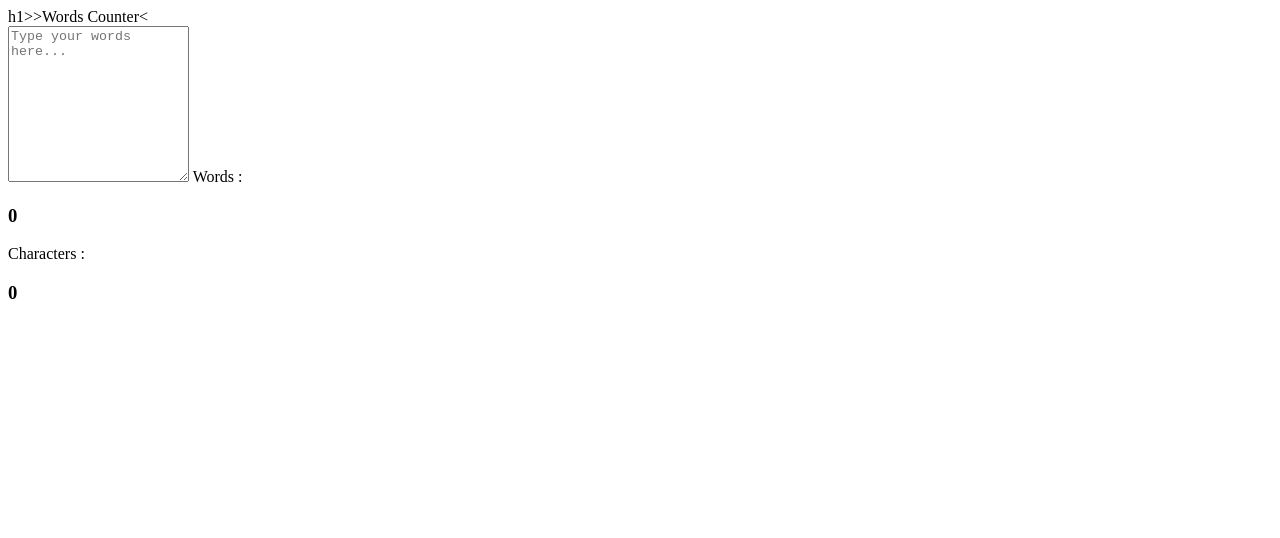
Repository: acciojob/gre-essay-tool-vandanayadav15
Page: main.html
The author's editor kept a copy of each file at every save. The page is drawn from the files as they stood at one save, then again after the next save.
The browser window is 1280 px wide. The pictures show the whole page.

Above is the page before, as saved 2023-01-20 13:17:32.

### main.html
<!DOCTYPE html>

<html>

<head>
	<link rel="stylesheet" href="styles.css">
</head>

<body>
	h1>&gt;Words Counter&lt;</h1>
	<div id="container">
		<textarea id="evaluatedText" rows="10" placeholder="Type your words here..."></textarea>
		<span>Words : <h3 id="wordCount">0</h3></span>
		<span>Characters : <h3 id="charCount">0</h3></span>
	</div>
	<!-- the entire body must be written by student -->
    <script type="text/javascript" src="./script.js">
</script>

</body>

</html>

### styles.css

/* Your CSS Code here. */

Loaded but not shown: script.js (common file)

After the next save:
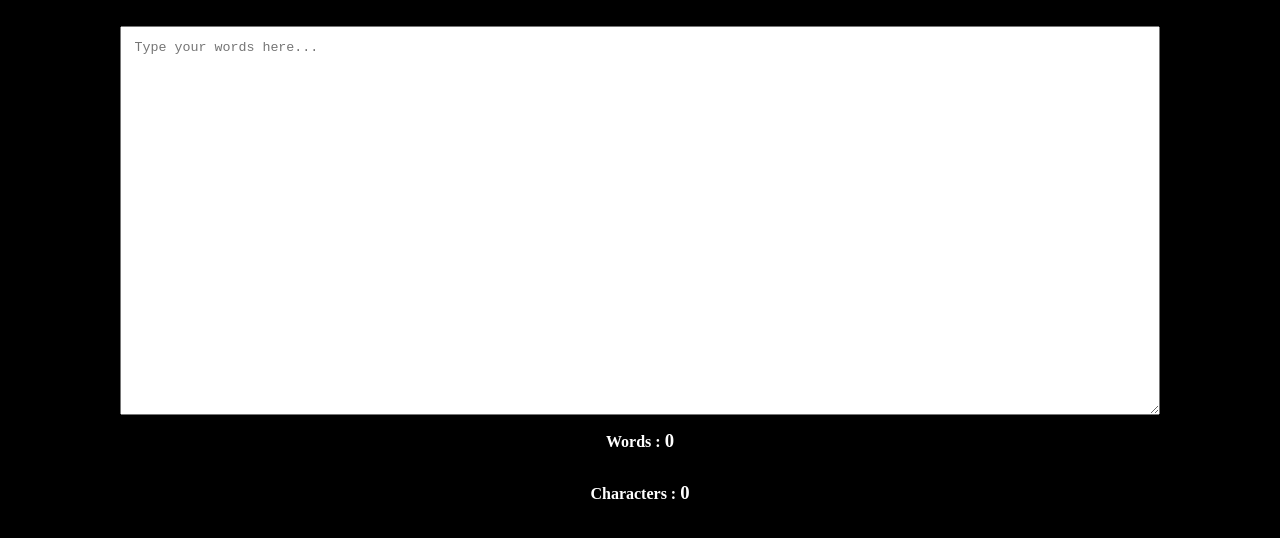
Saved 22 s later.
--- a/styles.css
+++ b/styles.css
@@ -1,2 +1,33 @@
 
 /* Your CSS Code here. */
+body {
+  box-sizing: border-box;
+  background: black;
+}
+
+h1,
+h3,
+footer {
+  text-align: center;
+  color: #fff;
+}
+h3{
+    display: inline;
+}
+#container {
+  display: flex;
+  flex-direction: column;
+  justify-content: center;
+  align-items: center;
+  min-height: 18em;
+}
+textarea {
+  height: 50vh;
+  min-width: 80%;
+  padding: 1em;
+}
+#container span {
+  color: white;
+  font-weight: bold;
+  margin: 15px;
+}
